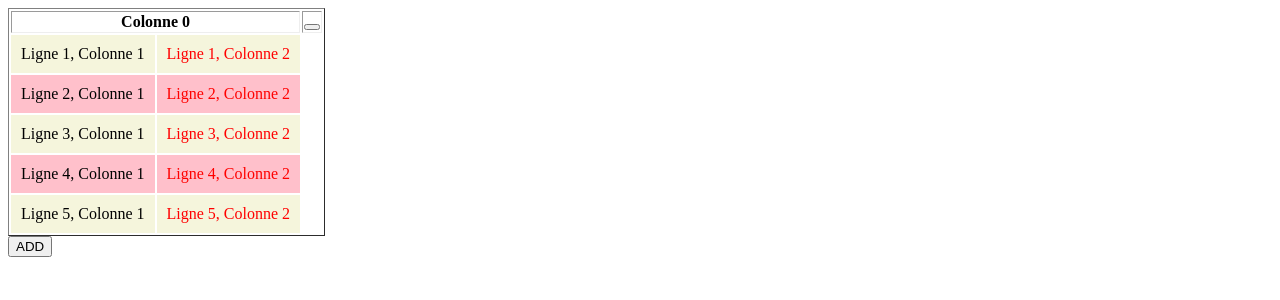
Repository: Chaimaa482/web-tp4
Page: ex1.html
An editor plug-in stored every save of this project. The page is shown before and after a run of saves, followed by the edit.
The browser window is 1280 px wide. The pictures show the whole page.

Above is the page before, as saved 2023-10-29 15:14:35.

### ex1.html
<!DOCTYPE html>
<html>
<style>
</style>
<body>
    <table border="1">
        <tr>
            <th>Colonne 0</th>
            <th>Colonne 0</th>
            <th><button></button></th>
        </tr>
        <tr>
            <td>Ligne 1, Colonne 1</td>
            <td>Ligne 1, Colonne 2</td>
        </tr>
        <tr>
            <td>Ligne 2, Colonne 1</td>
            <td>Ligne 2, Colonne 2</td>
        </tr>
        <tr>
            <td>Ligne 3, Colonne 1</td>
            <td>Ligne 3, Colonne 2</td>
        </tr>
        <tr>
            <td>Ligne 4, Colonne 1</td>
            <td>Ligne 4, Colonne 2</td>
        </tr>
        <tr>
            <td>Ligne 5, Colonne 1</td>
            <td>Ligne 5, Colonne 2</td>
        </tr>



    </table>
    <button>ADD</button>

    <script>
        var table = document.getElementsByTagName('table');
        var cells = document.getElementsByTagName("td");
        // Donner une couleur de fond rose aux lignes paires et beige aux lignes impaires
        var rows = document.querySelectorAll("tr");
        for (var i = 1; i < rows.length; i++) {
            if (i % 2 === 0) {
                rows[i].style.backgroundColor = "pink";
            } else {
                rows[i].style.backgroundColor = "beige";
            }
        }

        // Donner une classe col1 aux colonnes paires et col2 aux colonnes impaires
        for (var i = 0; i < cells.length; i++) {
            if (i % 2 === 0) {
                cells[i].style.color= 'black';
            } else {
                cells[i].style.color= 'red';
            }
        }
        //fusionner la premiere line
        var row = document.querySelector('table tr:first-child');
        row.cells[0].colSpan=2;
        row.removeChild(row.cells[1]);


        //delete bordure
        rows[0].style.border = "none";
        for (var i = 0; i < cells.length; i++) {
            cells[i].style.border = "none";
            cells[i].style.padding='10px'
        }

        //making the table cells editable on click
        for (var i = 0; i < cells.length; i++) {
        cells[i].addEventListener("click", function() {
        var cellText = this.innerText;
        this.innerHTML = "<input type='text' value='" + cellText + "'>";
        var input = this.querySelector("input");
        input.focus();
        input.addEventListener("blur", function() {
            cellText = this.value;
            this.parentNode.innerText = cellText;
        });
         }); }

         //add row
         var addButton = document.querySelector('button');
         addButton.addEventListener('click', function() {
          var newRow = document.createElement('tr');
          newRow.innerHTML = "<td><input type='text' value=''></td><td><input type='text' value=''></td><td></td>";
          document.querySelector('table').appendChild(newRow);
          });

          //delete button





    </script>
</body>
</html>

After the next 2 saves:
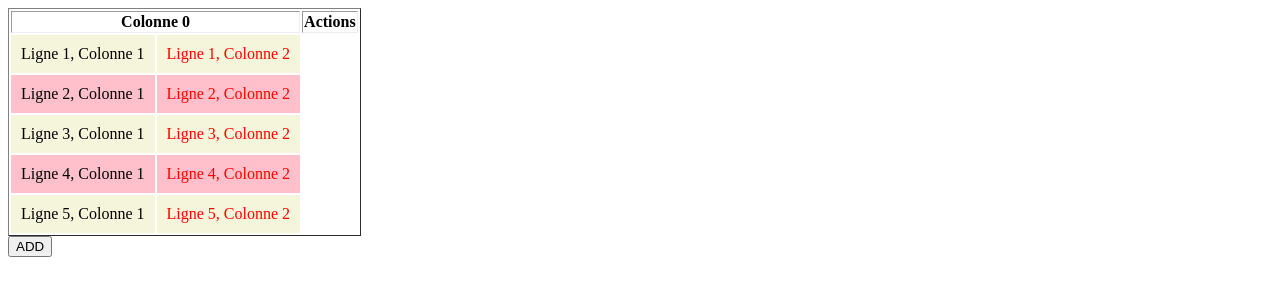
The 2 saves are shown as one change because they came seconds apart.
The last was saved 9 s later.
--- a/ex1.html
+++ b/ex1.html
@@ -7,7 +7,7 @@
         <tr>
             <th>Colonne 0</th>
             <th>Colonne 0</th>
-            <th><button></button></th>
+            <th>Actions</th>
         </tr>
         <tr>
             <td>Ligne 1, Colonne 1</td>
